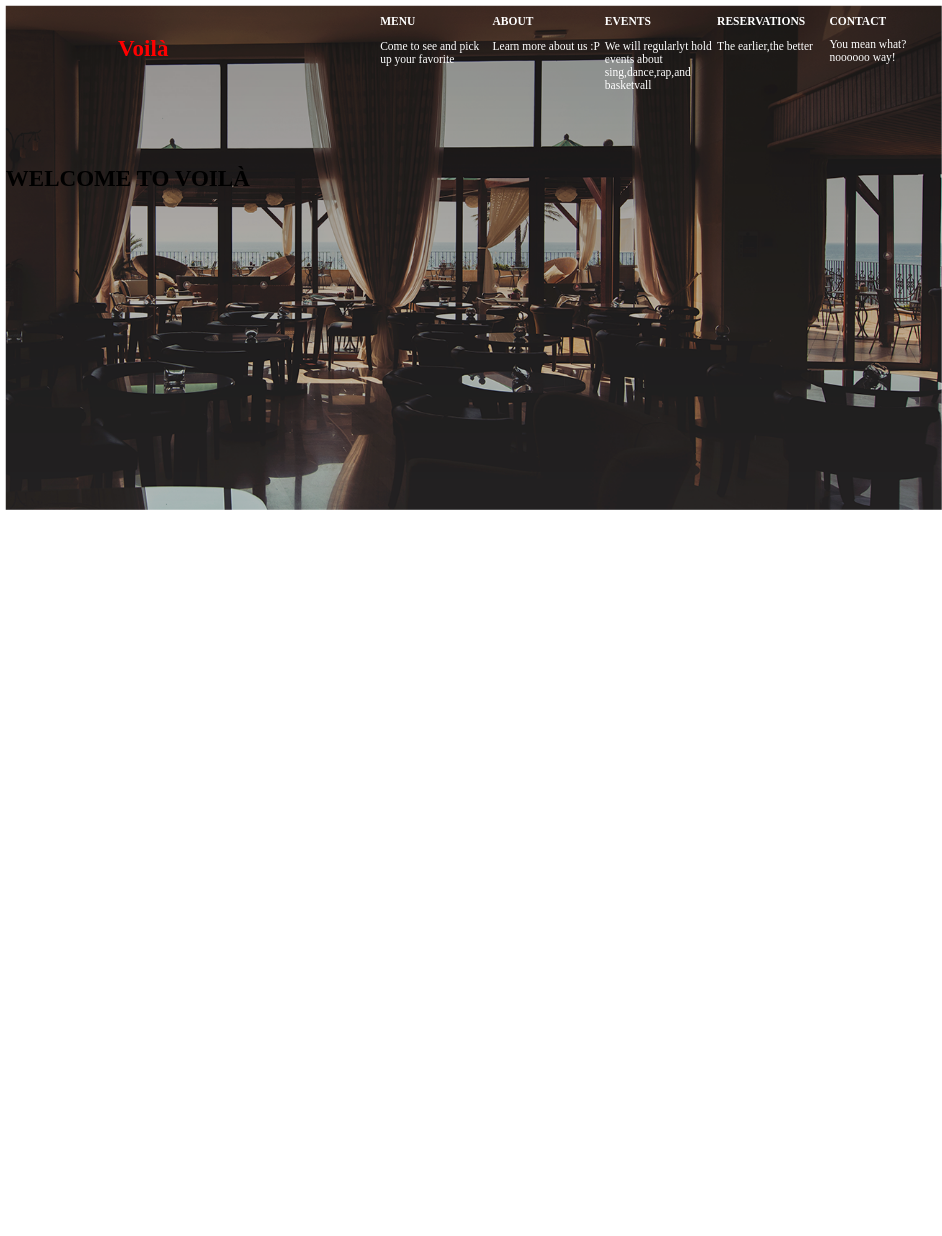
Repository: sis-shen/HTML_vsc
Page: adc_v2/index.html
These files come from the project's save history. The page is drawn as it stood at one moment and after the next save; the edit follows.
The browser window is 1280 px wide. The page is 1308 px wide, so the pictures cover 1308 px, including what lies to the right of the window. The pictures show the whole page, at 72% of full size.

Above is the page before, as saved 2023-08-14 08:23:18.

After the next save:
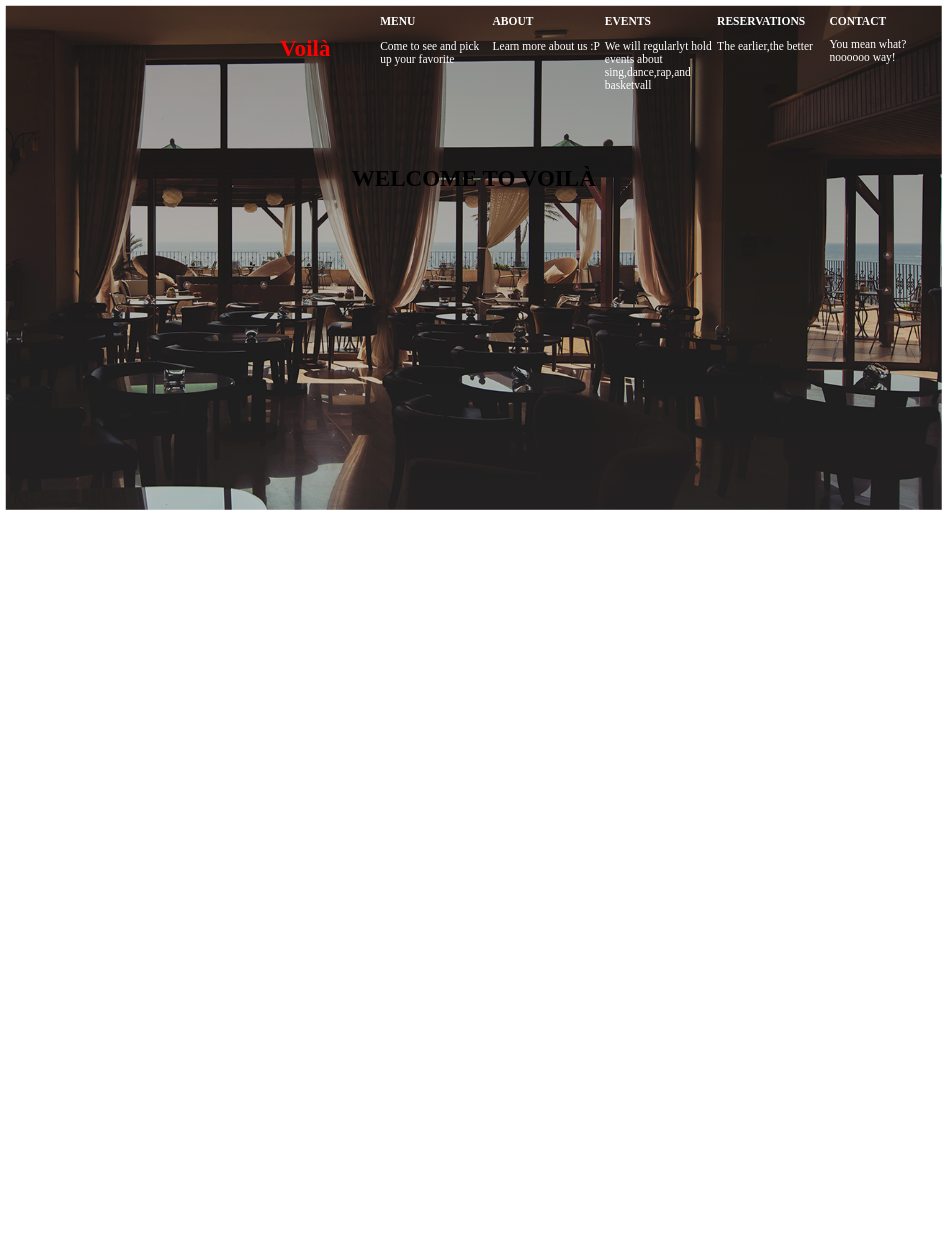
Saved 69 s later.
--- a/adc_v2/style.css
+++ b/adc_v2/style.css
@@ -5,6 +5,7 @@
 
 .top-box{
     margin:auto;
+
     width: 1300px;
     height: 700px;
     background-image: url("img/top.png");
@@ -51,5 +52,5 @@
 }
 
 .top-box h1{
-    margin: a;
+    text-align: center;
 }

After the save that followed:
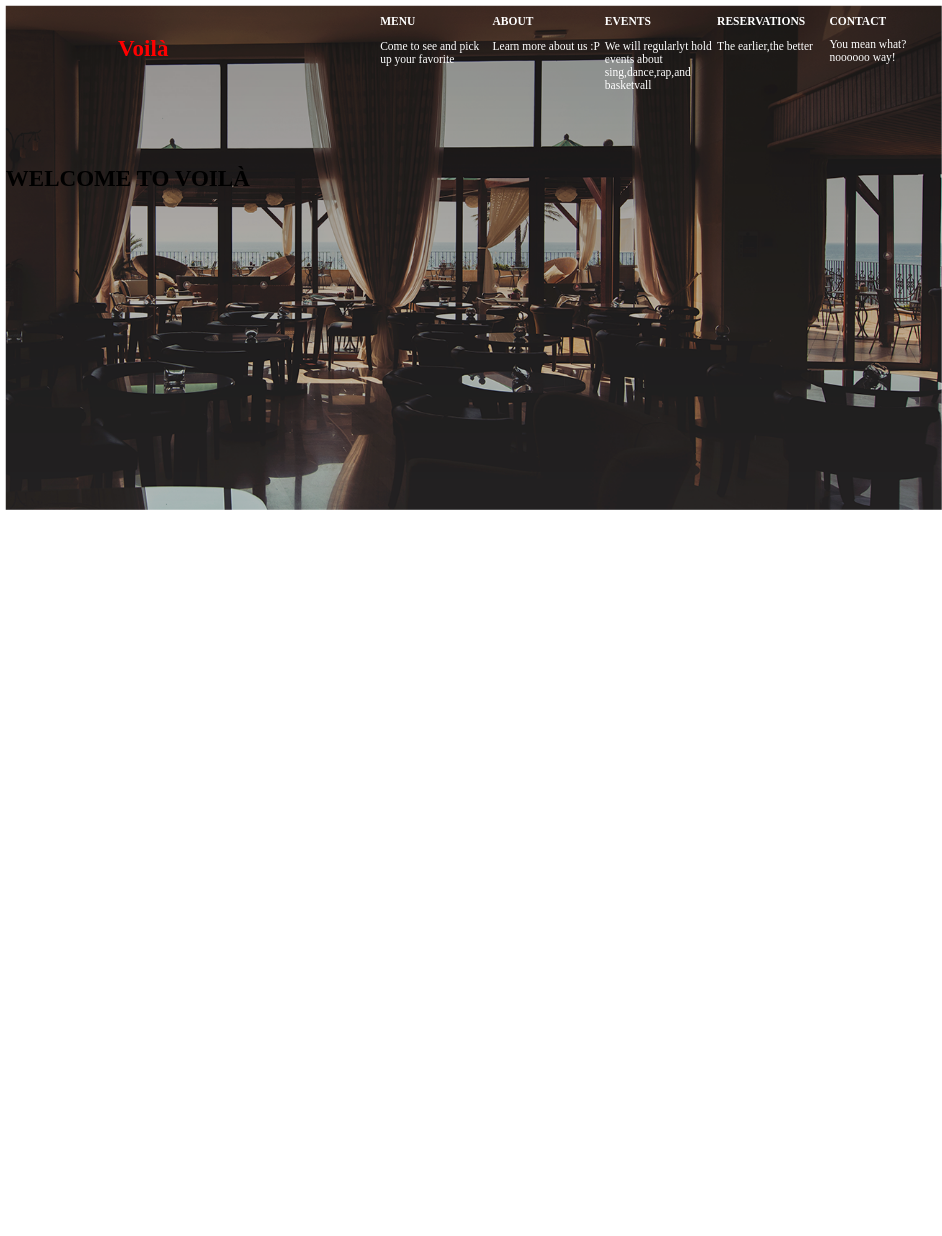
Saved 5 s later.
--- a/adc_v2/style.css
+++ b/adc_v2/style.css
@@ -52,5 +52,5 @@
 }
 
 .top-box h1{
-    text-align: center;
+    text-align: ;
 }
